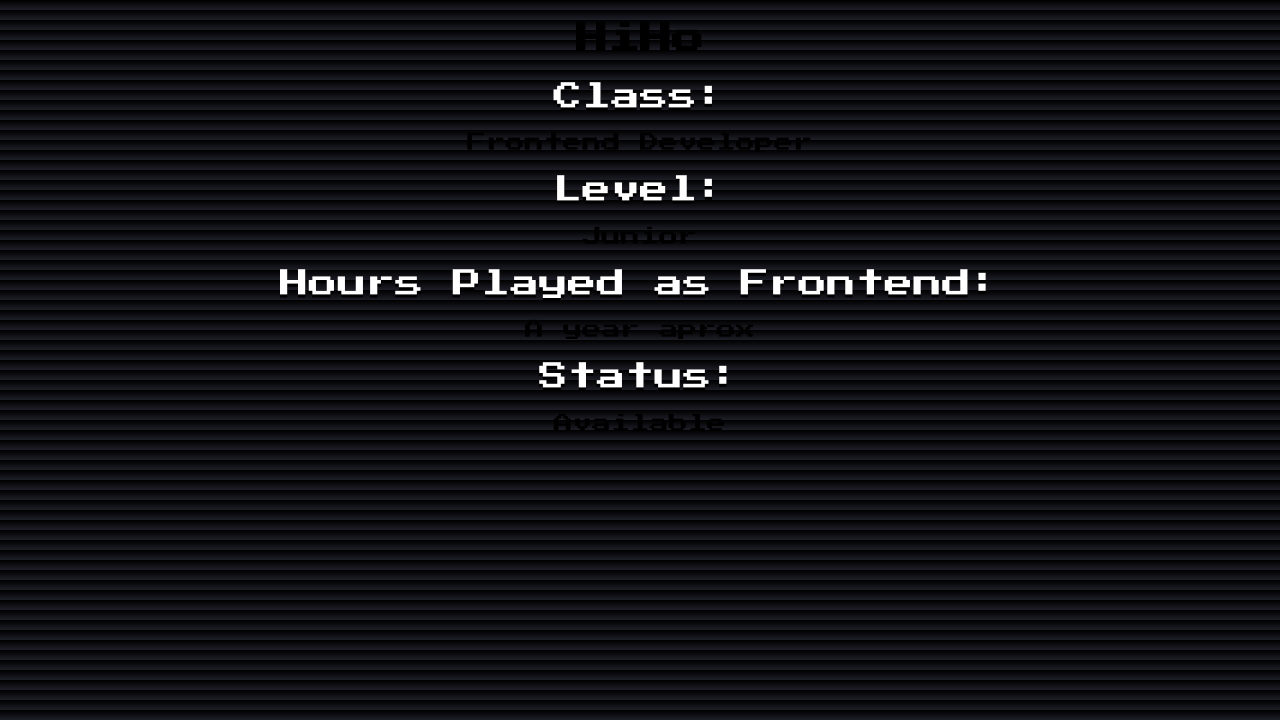
Repository: sernalab/soon
Page: index.html
An editor plug-in stored every save of this project. The page is shown before and after the next save, followed by the edit.
The browser window is 1280 px wide. The pictures show the whole page.
Some web fonts or font styles are not loaded; a fallback is used.

Above is the page before, as saved 2018-12-24 01:44:49.

After the next save:
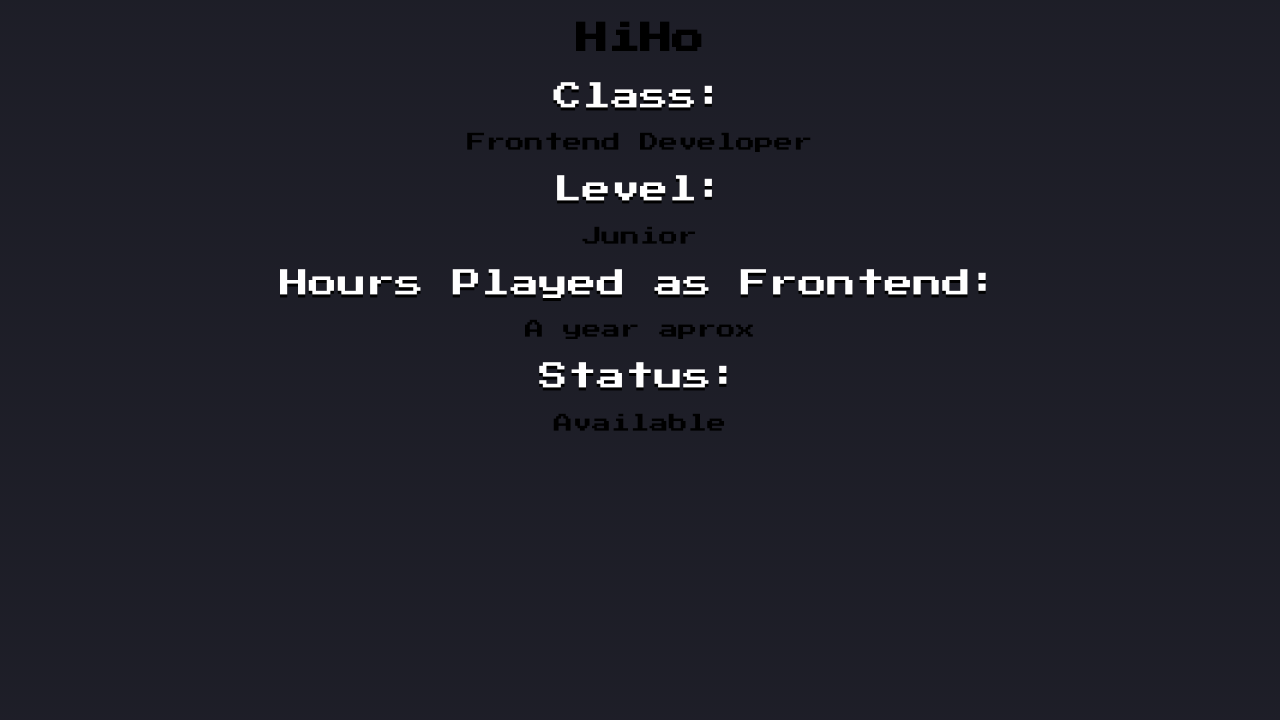
Saved 52 s later.
--- a/css/styles.css
+++ b/css/styles.css
@@ -422,7 +422,7 @@ template {
 /* custom css */
 
 body {
-    background-image: linear-gradient(black, #1e1e28);
+    background-image: linear-gradient(#1d1e27, #1e1e28);
     font-family: 'Press Start 2P';
     background-repeat: repeat;
     background-size: 20px 10px;
